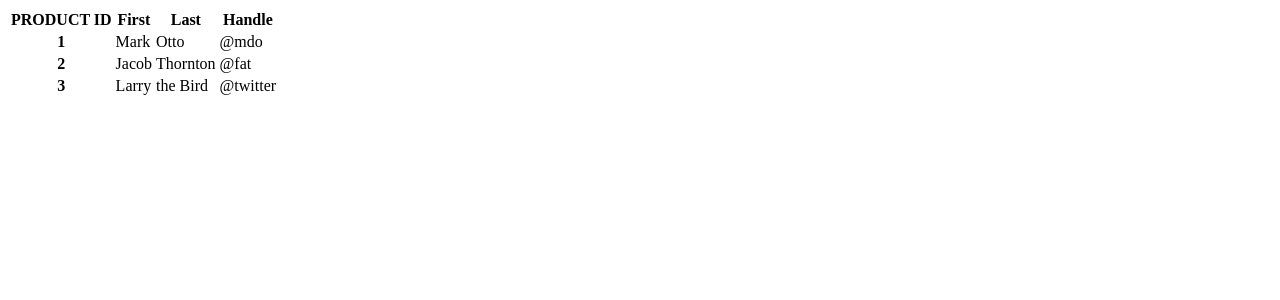
Repository: sukantg-007/Servlet-Examples
Page: http://localhost/webapp17/showproduct.jsp
The author's editor kept a copy of each file at every save. The page is drawn from the files as they stood at one save, then again after the next save.
The browser window is 1280 px wide. The pictures show the whole page.
The page is served by Tomcat 9. Other server files are loaded and not shown.

Above is the page before, as saved 2021-11-14 07:50:31.

### webapp17/WebContent/showproduct.jsp
<%@ page language="java" contentType="text/html; charset=ISO-8859-1"
    pageEncoding="ISO-8859-1"%>
    <%@taglib uri="http://java.sun.com/jsp/jstl/core" prefix="c" %>
    <%@taglib uri="http://java.sun.com/jsp/jstl/fmt" prefix="fmt"%>
<!DOCTYPE html>
<html>
<head>
<meta charset="ISO-8859-1">
<title>Insert title here</title>
</head>
<body>
<table class="table">
  <thead class="thead-dark">
    <tr>
      <th scope="col">PRODUCT ID</th>
      <th scope="col">First</th>
      <th scope="col">Last</th>
      <th scope="col">Handle</th>
    </tr>
  </thead>
  <tbody>
    <tr>
      <th scope="row">1</th>
      <td>Mark</td>
      <td>Otto</td>
      <td>@mdo</td>
    </tr>
    <tr>
      <th scope="row">2</th>
      <td>Jacob</td>
      <td>Thornton</td>
      <td>@fat</td>
    </tr>
    <tr>
      <th scope="row">3</th>
      <td>Larry</td>
      <td>the Bird</td>
      <td>@twitter</td>
    </tr>
  </tbody>
</table>
</body>
</html>

After the next save:
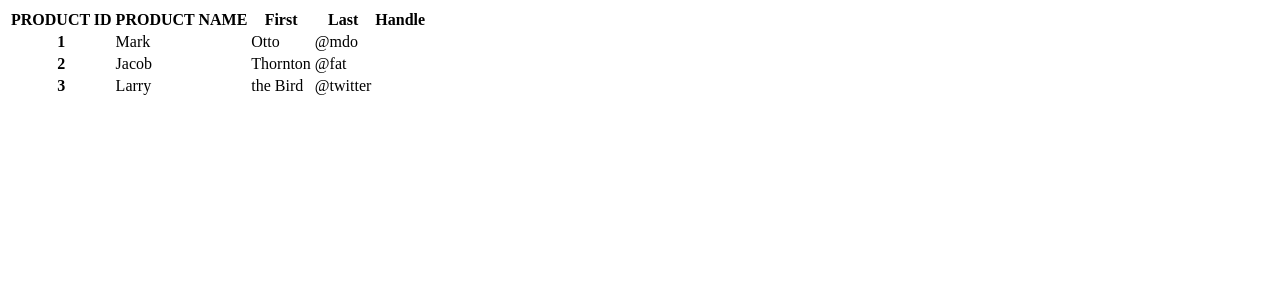
Saved 10 s later.
--- a/webapp17/WebContent/showproduct.jsp
+++ b/webapp17/WebContent/showproduct.jsp
@@ -13,6 +13,7 @@
   <thead class="thead-dark">
     <tr>
       <th scope="col">PRODUCT ID</th>
+      <th scope="col">PRODUCT NAME</th>
       <th scope="col">First</th>
       <th scope="col">Last</th>
       <th scope="col">Handle</th>
